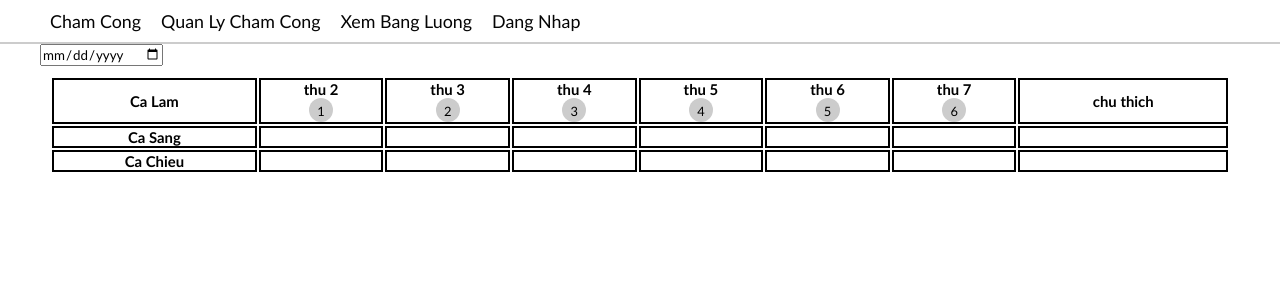
Repository: LDDUNG2003/a
Page: index.html
The author's editor kept a copy of each file at every save. The page is drawn from the files as they stood at one save, then again after the next save.
The browser window is 1280 px wide. The pictures show the whole page.

Above is the page before, as saved 2023-10-14 20:23:36.

After the next save:
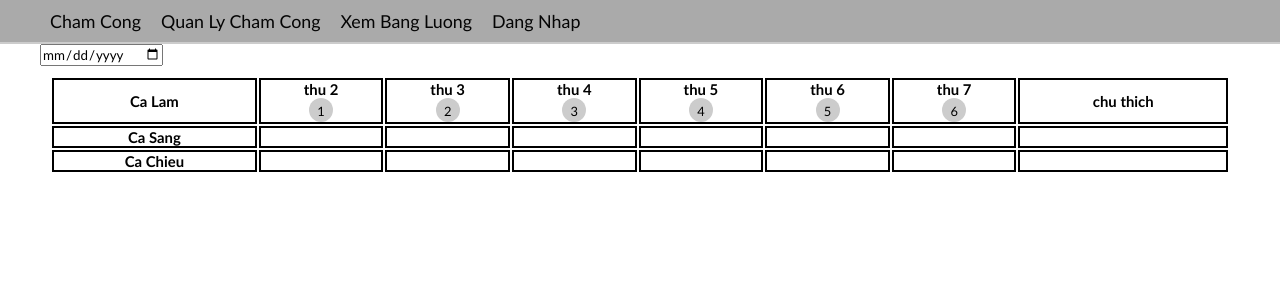
Saved 95 s later.
--- a/controlView/css/base.css
+++ b/controlView/css/base.css
@@ -19,7 +19,7 @@ body {
 .app__header {
     width: 100%;
     border-bottom: solid 2px #ccc;
-    background-color: #fff;
+    background-color: #aaaaaa;
 }
 
 .navBar {
